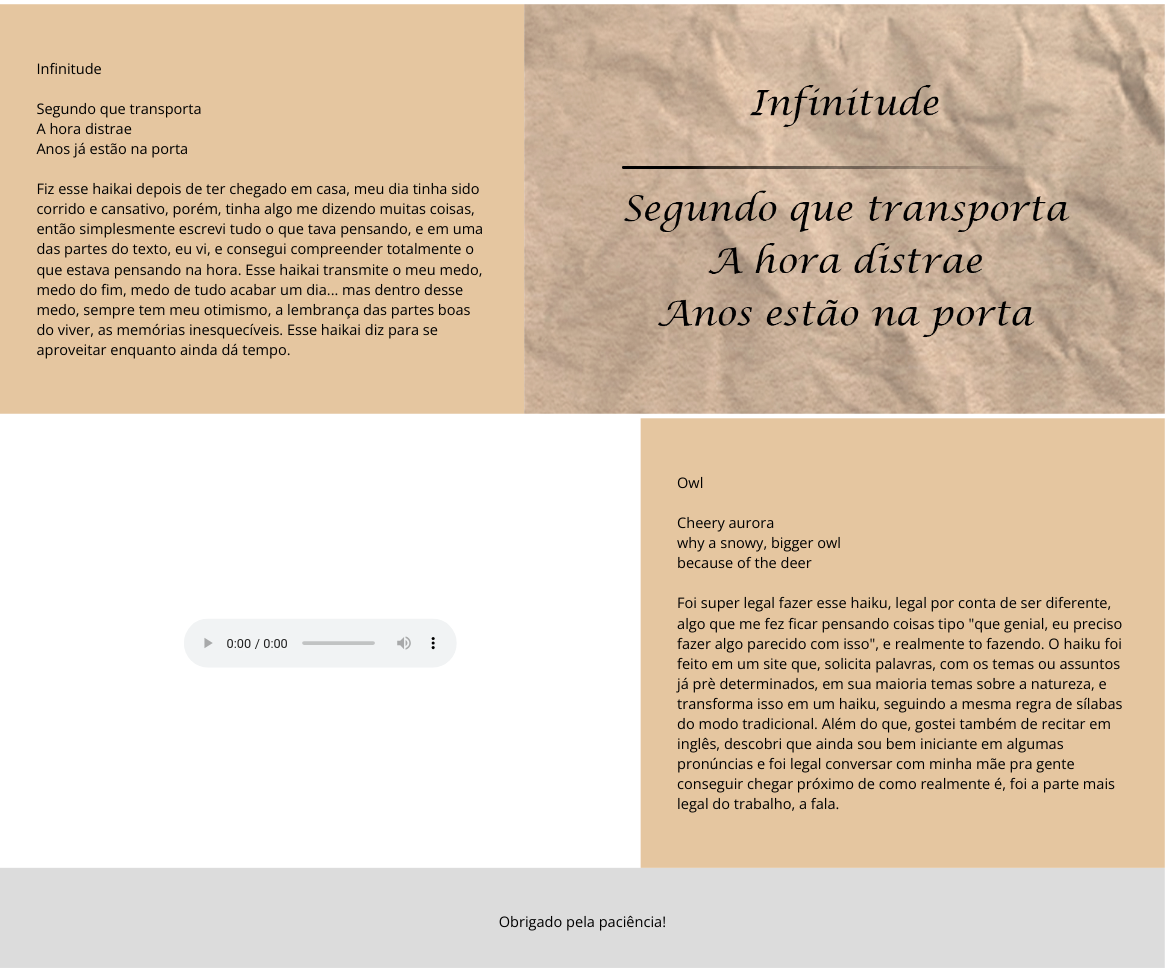
Repository: NewMatheusED/portfolio-linguagens
Page: index.html
The author's editor kept a copy of each file at every save. The page is drawn from the files as they stood at one save, then again after the next save.
The browser window is 1280 px wide. The pictures show the part of the page from y = 1359 to 2472 px (the page is 2423 px tall before and 2472 px after), at 91% of full size.

Above is the page before, as saved 2022-11-20 23:09:33.

After the next save:
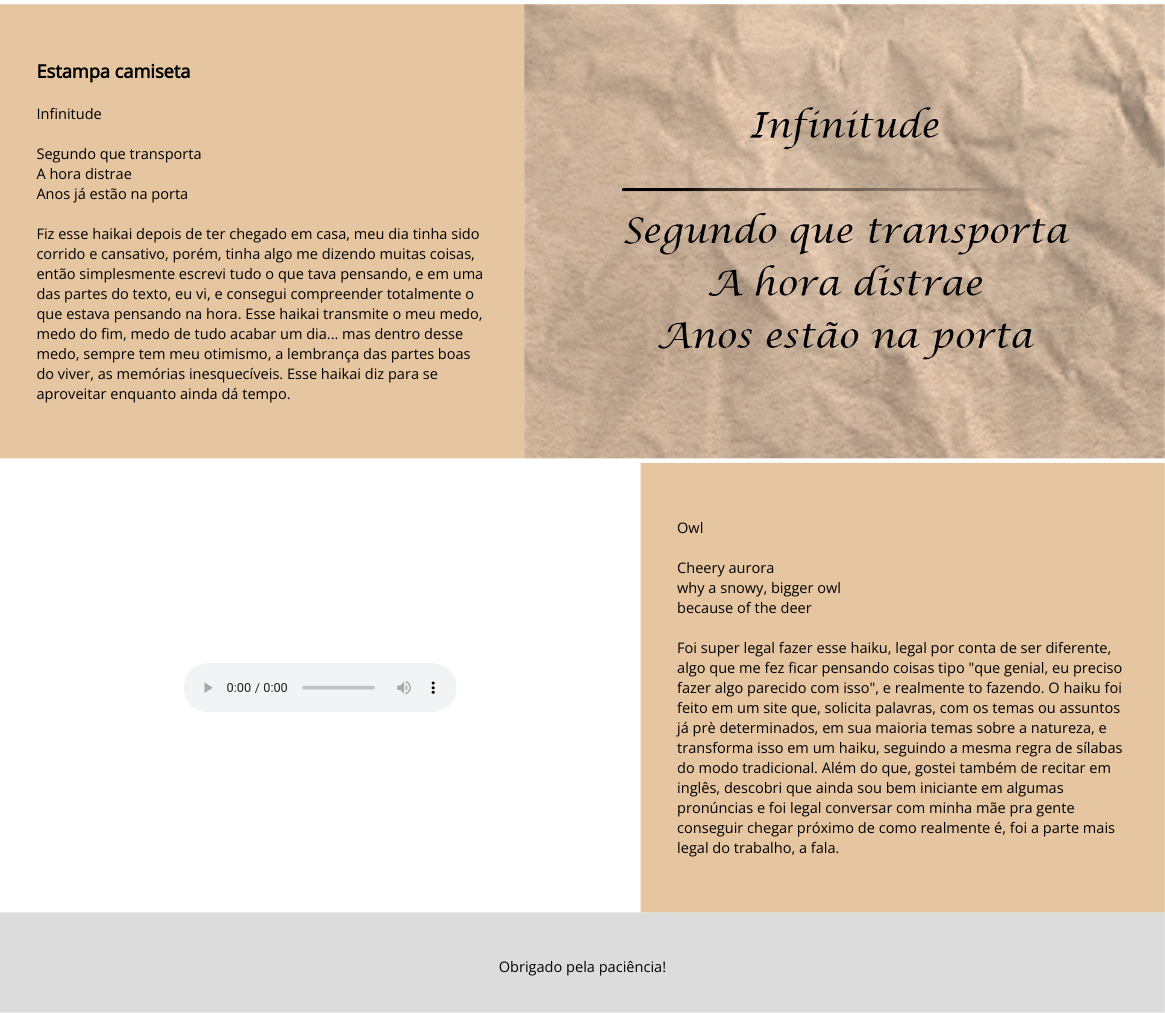
Saved 11 s later.
--- a/index.html
+++ b/index.html
@@ -63,7 +63,7 @@
                 </div><!--item-1-mosaico-->
 
                 <div class="item-2-mosaico">
-                    <p>Infinitude<br><br>
+                    <p><b>Estampa camiseta</b><br><br>Infinitude<br><br>
                         Segundo que transporta<br>
                         A hora distrae<br>
                         Anos já estão na porta<br><br>
